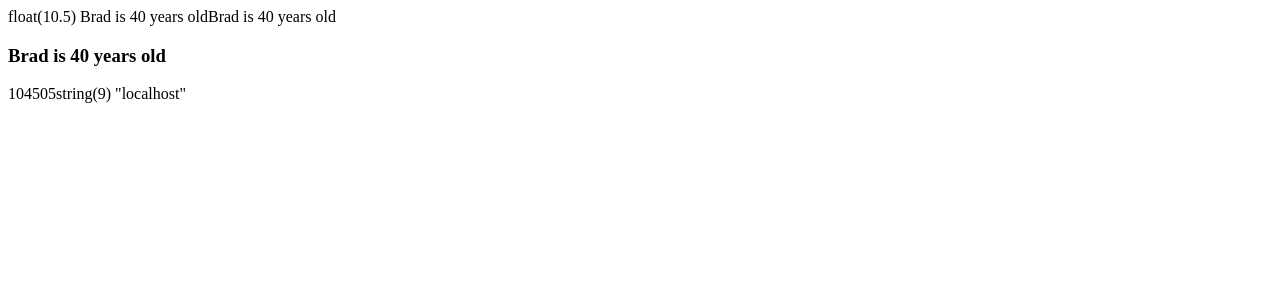
Repository: Matiss1337/PHP
Page: http://localhost/02_variables.php
These files come from the project's save history. The page is drawn as it stood at one moment and after a run of saves; the edit follows.
The browser window is 1280 px wide. The pictures show the whole page.
The page is run by PHP 8.4 with error messages shown; the project is at /var/www/html/.

Above is the page before, as saved 2023-02-14 10:08:18.

### 02_variables.php
<?php

/* ----- Variables & Data Types ----- */

/* --------- PHP Data Types --------- */
/*
- String - A string is a series of characters surrounded by quotes
- Integer - Whole numbers
- Float - Decimal numbers
- Boolean - true or false
- Array - An array is a special variable, which can hold more than one value
- Object - A class
- NULL - Empty variable
- Resource - A special variable that holds a resource
*/

/* --------- Variable Rules --------- */
/*
- Variables must be prefixed with $
- Variables must start with a letter or the underscore character
- variables can't start with a number
- Variables can only contain alpha-numeric characters and underscores (A-z, 0-9, and _ )
- Variables are case-sensitive ($name and $NAME are two different variables)
*/

$name = 'Brad'; // String // Can be single or double quotes
$age = 40; // Integer
$hasKids = true; // Boolean
$cashOnHand = 10.5; //Float

var_dump($cashOnHand);

/* --- Adding variables to strings -- */

// Double quotes can be used to add variables to strings
echo "$name is $age years old";

// Better to do this
echo "${name} is ${age} years old";

// Concatenate Strings

echo '<h3>' . $name . ' is ' . $age . ' years old</h3>';

// Arithmetic Operators

echo 5 + 5;
echo 10 - 6;
echo 5 * 10;
echo 10 / 2;

// Constants - Cannot be changed
define('HOST', 'localhost');
define('USER', 'root');

var_dump(HOST);

After the next 3 saves:
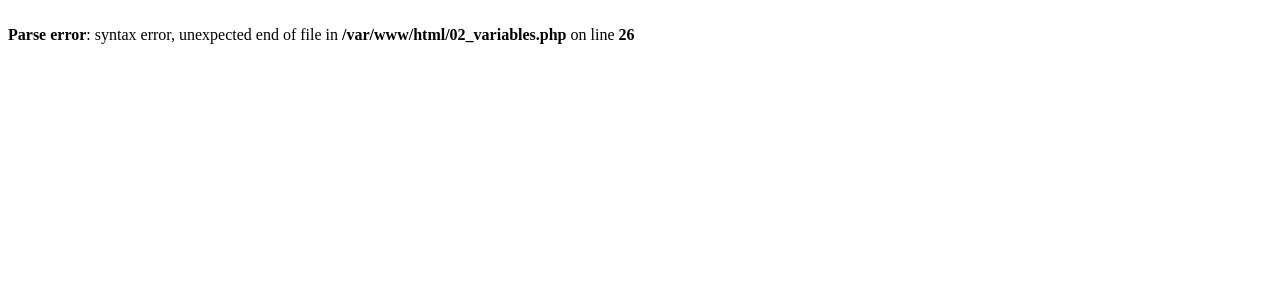
The 3 saves are shown as one change because they came seconds apart.
The last was saved 4 min 59 s later.
--- a/02_variables.php
+++ b/02_variables.php
@@ -23,34 +23,4 @@
 - Variables are case-sensitive ($name and $NAME are two different variables)
 */
 
-$name = 'Brad'; // String // Can be single or double quotes
-$age = 40; // Integer
-$hasKids = true; // Boolean
-$cashOnHand = 10.5; //Float
-
-var_dump($cashOnHand);
-
-/* --- Adding variables to strings -- */
-
-// Double quotes can be used to add variables to strings
-echo "$name is $age years old";
-
-// Better to do this
-echo "${name} is ${age} years old";
-
-// Concatenate Strings
-
-echo '<h3>' . $name . ' is ' . $age . ' years old</h3>';
-
-// Arithmetic Operators
-
-echo 5 + 5;
-echo 10 - 6;
-echo 5 * 10;
-echo 10 / 2;
-
-// Constants - Cannot be changed
-define('HOST', 'localhost');
-define('USER', 'root');
-
-var_dump(HOST);
+$name
